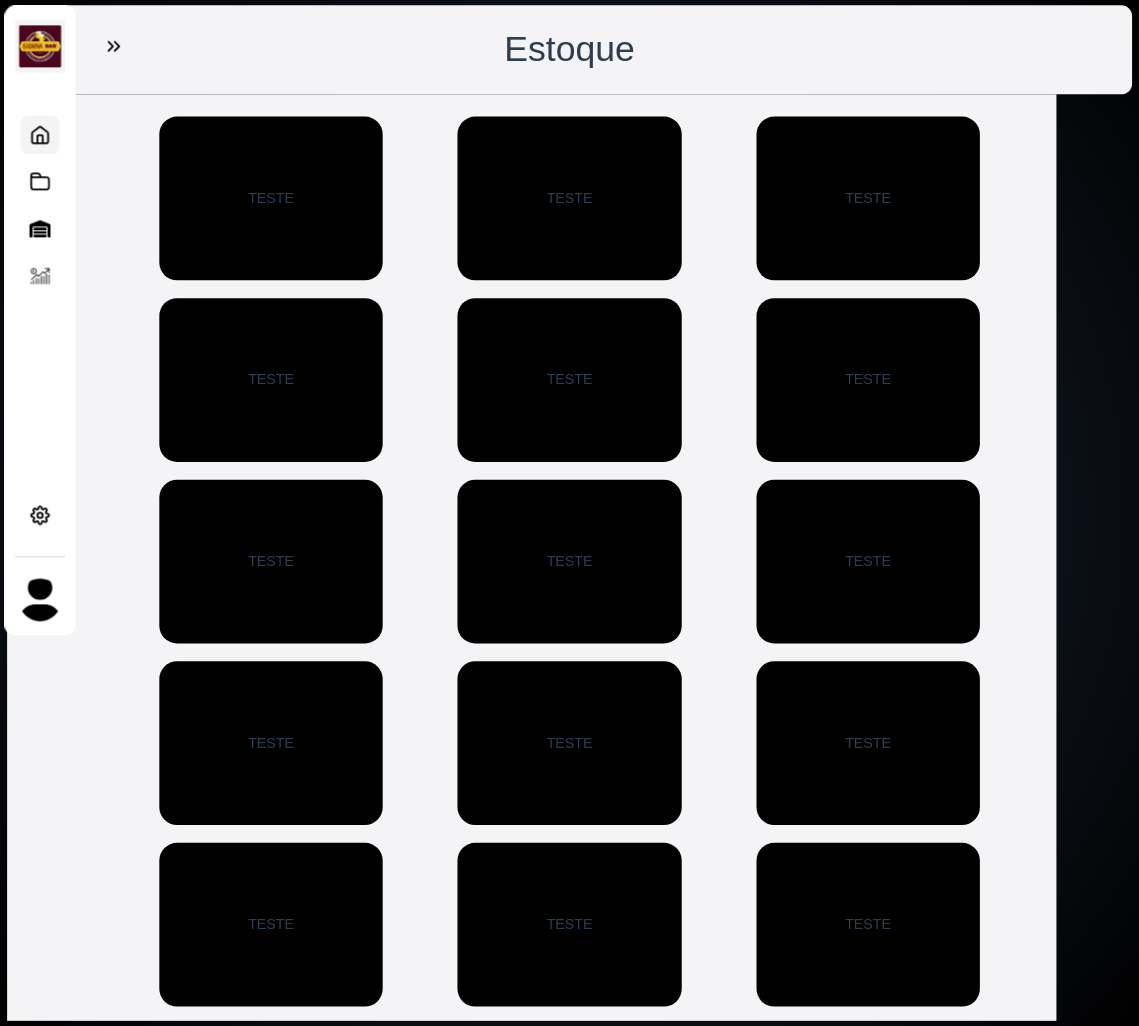
Repository: jazaoo13/Projeto_Oficina_Integracao
Page: / (app in Aplicacao_vue/)
An editor plug-in stored every save of this project. The page is shown before and after the next save, followed by the edit.
The browser window is 1280 px wide. The pictures show the whole page, at 89% of full size.
The page's requests for data from a server got no answer. The project was rebuilt for these pictures with package versions that can differ from the ones it lists, and the page was loaded fresh each time. No one was signed in, and anything a server would have sent is missing. Also part of the build but not shown: Aplicacao_vue/vue.config.js, Aplicacao_vue/src/View/jazao.vue.

Above is the page before, as saved 2023-11-19 17:07:29.

After the next save:
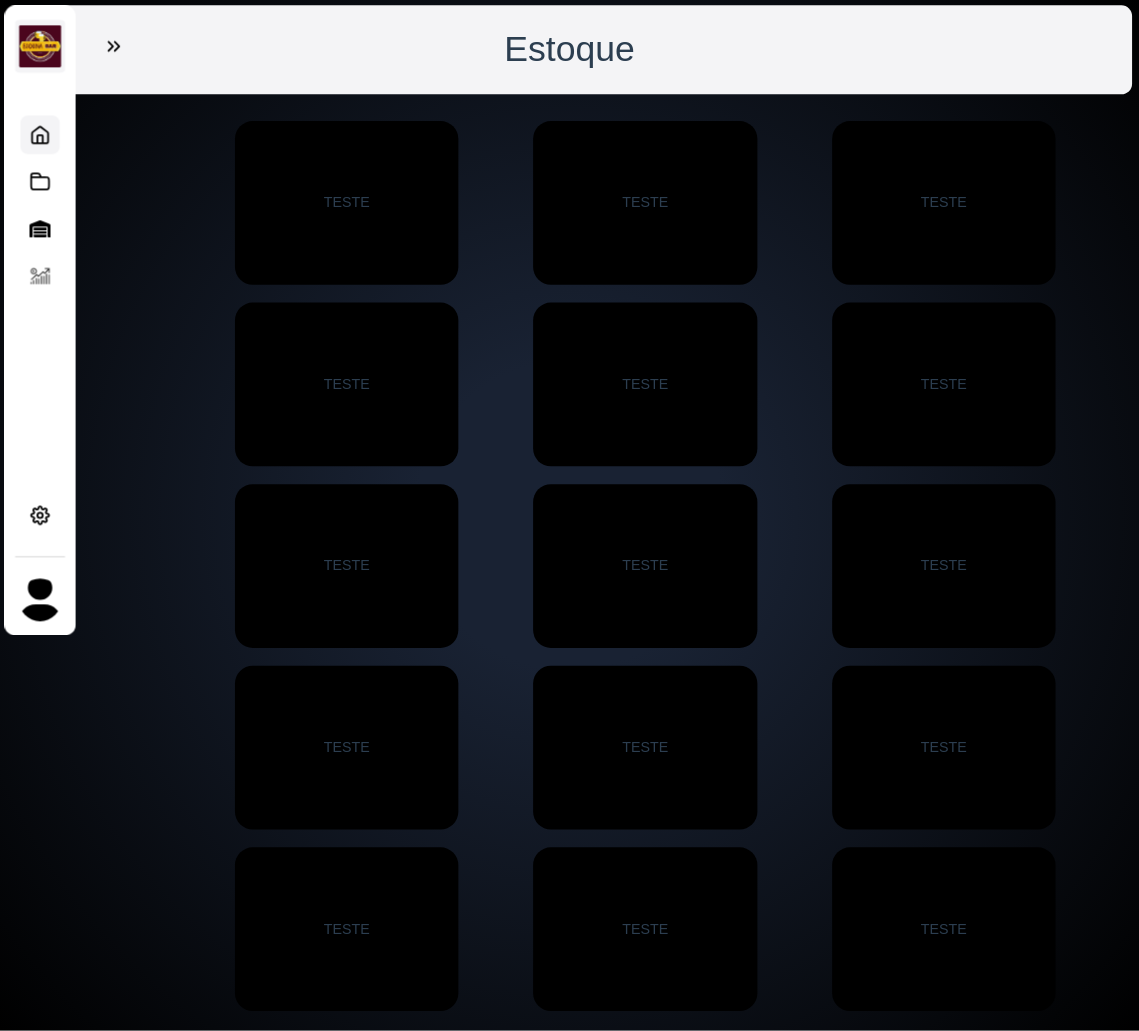
Saved 17 s later.
--- a/Aplicacao_vue/src/components/EstoqueView.vue
+++ b/Aplicacao_vue/src/components/EstoqueView.vue
@@ -54,9 +54,18 @@ export default {
     }
 }
 .fundo{
-    background-color: #f4f4f6;
+    width: calc(100% - 85px);
+    margin-left: auto;
+    border-radius: 20px;
+    margin-top: 5px;
+    margin-right: 0px;
     height: 100%;
-    width: calc(100% - 85px);
+    transition: width 500ms ease;
+
+    &.isActive {
+        width: calc(100% - 245px);
+        transition: width 500ms ease;
+    }
 }
 
 .items {
